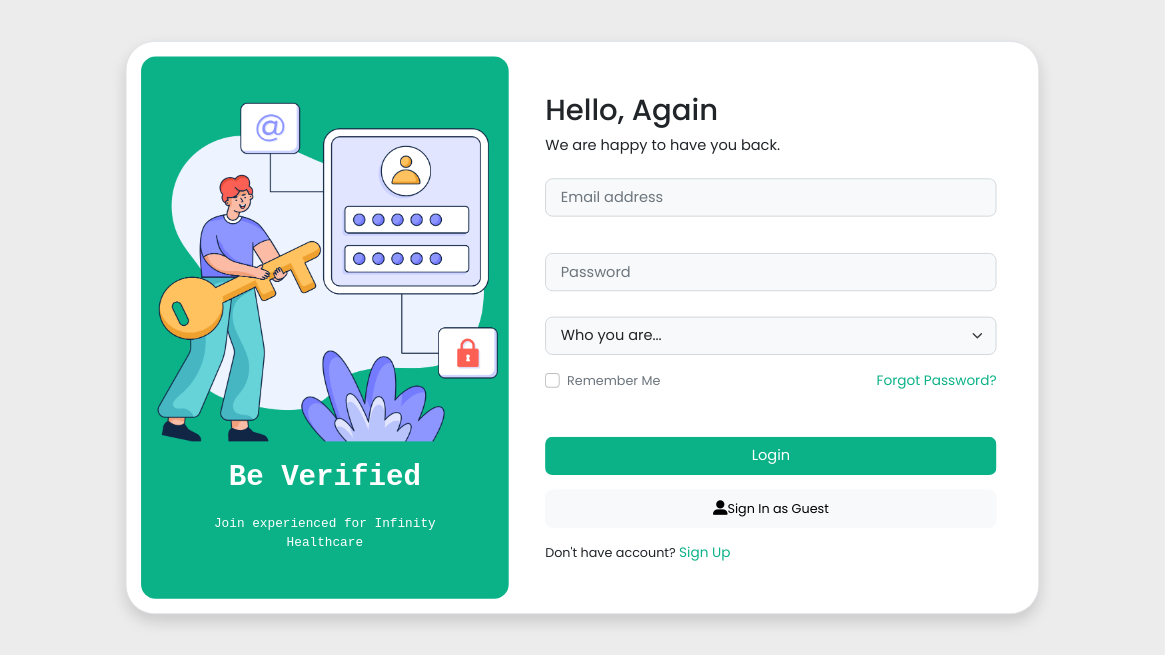
Repository: theonlymono/FitfinityHealthcareWebsiteJ2EE
Page: http://localhost/Fitfinity/LogInPage.jsp
These files come from the project's save history. The page is drawn as it stood at one moment and after the next save; the edit follows.
The browser window is 1280 px wide. The pictures show the whole page, at 91% of full size.
The page is served by Tomcat 9. Other server files are loaded and not shown.

Above is the page before, as saved 2024-02-25 14:37:46.

### fitfinity/Fitfinity/WebContent/LogInPage.jsp
<!DOCTYPE html>
<html lang="en">
<head>
    <meta charset="UTF-8">
    <meta http-equiv="X-UA-Compatible" content="IE=edge">
    <meta name="viewport" content="width=device-width, initial-scale=1.0">
    <link rel="icon" href="./assets/image/logo/logo.svg" />
    <link rel="stylesheet" href="https://cdn.jsdelivr.net/npm/bootstrap@5.2.3/dist/css/bootstrap.min.css" integrity="sha384-rbsA2VBKQhggwzxH7pPCaAqO46MgnOM80zW1RWuH61DGLwZJEdK2Kadq2F9CUG65" crossorigin="anonymous">
    <link rel="stylesheet" href="https://cdnjs.cloudflare.com/ajax/libs/font-awesome/6.5.1/css/all.min.css" integrity="sha512-DTOQO9RWCH3ppGqcWaEA1BIZOC6xxalwEsw9c2QQeAIftl+Vegovlnee1c9QX4TctnWMn13TZye+giMm8e2LwA==" crossorigin="anonymous" referrerpolicy="no-referrer" />
    <link rel="stylesheet" href="./assets/css/signInCSS.css">
    <title> Fitfinity | Log In </title>
</head>
<body>

    <!----------------------- Main Container -------------------------->

     <div class="container d-flex justify-content-center align-items-center min-vh-100">

    <!----------------------- Login Container -------------------------->

       <div class="row border rounded-5 p-3 bg-white shadow box-area">

    <!--------------------------- Left Box ----------------------------->

       <div class="col-md-5 rounded-4 d-flex justify-content-center align-items-center flex-column left-box" style="background: #0bb288;">
           <div class="featured-image mb-3">
            <img src="./assets/image/LoginPage/loginLogo.png" class="img-fluid" style="width: 500px; background-color: #0bb288;">
           </div>
           <p class="text-white fs-2" style="font-family: 'Courier New', Courier, monospace; font-weight: 600;">Be Verified</p>
           <small class="text-white text-wrap text-center" style="width: 17rem;font-family: 'Courier New', Courier, monospace;">Join experienced for Infinity Healthcare</small>
       </div>

    <!-------------------- ------ Right Box ---------------------------->

       <div class="col-md-7 right-box">
          <div class="row align-items-center">
          <form action="${pageContext.request.contextPath}/SignINServlet" method="post">
                <div class="header-text mb-4">
                     <h2>Hello, Again</h2>
                     <p>We are happy to have you back.</p>
                </div>

                <div class="input-group mb-3">
                    <input type="text" name="loginEmail" class="form-control form-control-lg bg-light fs-6" value="${param.loginEmail}" placeholder="Email address">

                    <% String message = (String) request.getAttribute("message3");
        		   	   if (message!= null)
        		   	   {
        		   %>

        		   <div class="error-message"> <%= message %> </div>
        		   <% } %>

                </div>

                <br>

                <div class="input-group mb-1">
                    <input type="password" name="loginPwd" class="form-control form-control-lg bg-light fs-6" value="${param.loginPwd}" placeholder="Password">

                    <% String message2 = (String) request.getAttribute("message2");
        		   	   if (message2!= null)
        		   	   {
        		   %>

        		   <div class="error-message"> <%= message2 %> </div>
        		   <% } %>
                </div>
                <br>

                <div class="input-group mb-3">
				    <select name="userRole" class="form-select form-select-lg bg-light fs-6">
				    	<option value="" disabled selected="hidden"> Who you are... </option>
				        <option value="Patient">Patient</option>
				        <option value="Doctor">Doctor</option>
				        <option value="Admin">Admin</option>
				    </select>
				</div>

                <div class="input-group mb-5 d-flex justify-content-between">
                    <div class="form-check">
                        <input type="checkbox" class="form-check-input" id="formCheck">
                        <label for="formCheck" class="form-check-label text-secondary"><small>Remember Me</small></label>
                    </div>
                    <div class="forgot">
                        <small><a href="./main.jsp">Forgot Password?</a></small>
                    </div>
                </div>
                <div  class="input-group mb-3">
                    <button style=" background-color: #0bb288; color: white;" class="btn btn-lg w-100 fs-6">Login</button>
                </div>
                <div class="input-group mb-3">
                    <a class=" w-100" href="./main.jsp">
                        <button class="btn btn-lg btn-light w-100 fs-6"><i class="fa-solid fa-user-large"></i><small>Sign In as Guest</small></button>
                    </a>
                </div>
                <div class="row">
                    <small>Don't have account? <a href="./register.jsp">Sign Up</a></small>
                </div>
                </form>
          </div>
       </div>

      </div>
    </div>

</body>
</html>

### fitfinity/Fitfinity/WebContent/assets/css/signInCSS.css
@import url('https://fonts.googleapis.com/css2?family=Poppins:wght@400;500&display=swap');

body{
    font-family: 'Poppins', sans-serif;
    background: #ececec;
}

/*------------ Login container ------------*/

.box-area{
    width: 90%;
}

a{
	color: #0bb288;
	text-decoration: none;
	font-size: 15px;
}


/*------------ Right box ------------*/

.right-box{
    padding: 40px 30px 40px 40px;
}

/*------------ Custom Placeholder ------------*/

::placeholder{
    font-size: 16px;
}

.rounded-4{
    border-radius: 20px;
}
.rounded-5{
    border-radius: 30px;
}


/*------------ For small screens------------*/

@media only screen and (max-width: 768px){

     .box-area{
        margin: 0 10px;

     }
     .left-box{
        height: 100px;
        overflow: hidden;
     }
     .right-box{
        padding: 20px;
     }

}

.error-message {
            position: absolute;
            bottom: -20px;
            color: red;
            font-size: 12px;
        }

        .input-group {
            position: relative;
        }

After the next save:
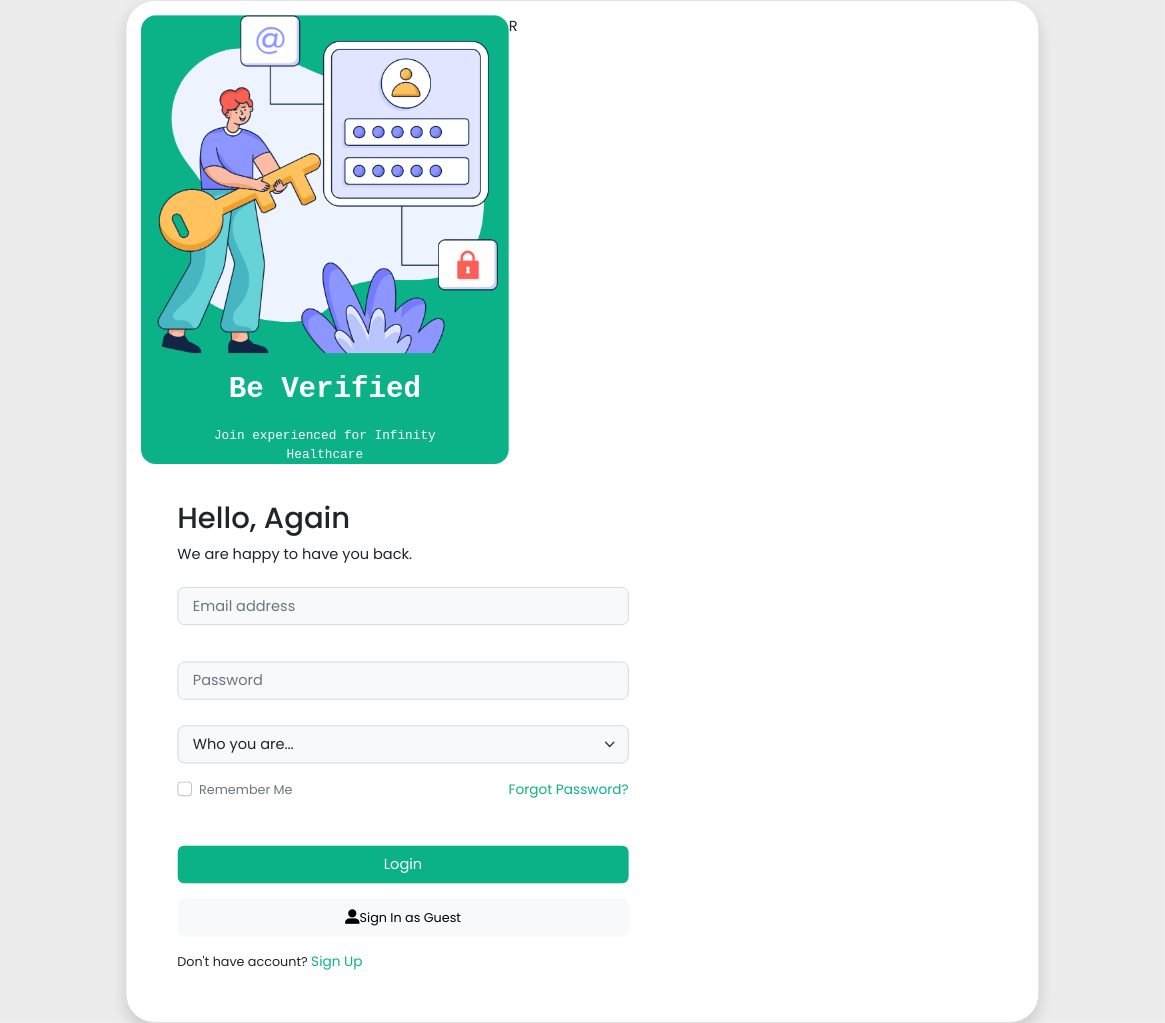
Saved 12 h 30 min later.
--- a/fitfinity/Fitfinity/WebContent/LogInPage.jsp
+++ b/fitfinity/Fitfinity/WebContent/LogInPage.jsp
@@ -29,7 +29,7 @@
            <p class="text-white fs-2" style="font-family: 'Courier New', Courier, monospace; font-weight: 600;">Be Verified</p>
            <small class="text-white text-wrap text-center" style="width: 17rem;font-family: 'Courier New', Courier, monospace;">Join experienced for Infinity Healthcare</small>
        </div>
-
+R
     <!-------------------- ------ Right Box ---------------------------->
 
        <div class="col-md-7 right-box">

After the save that followed:
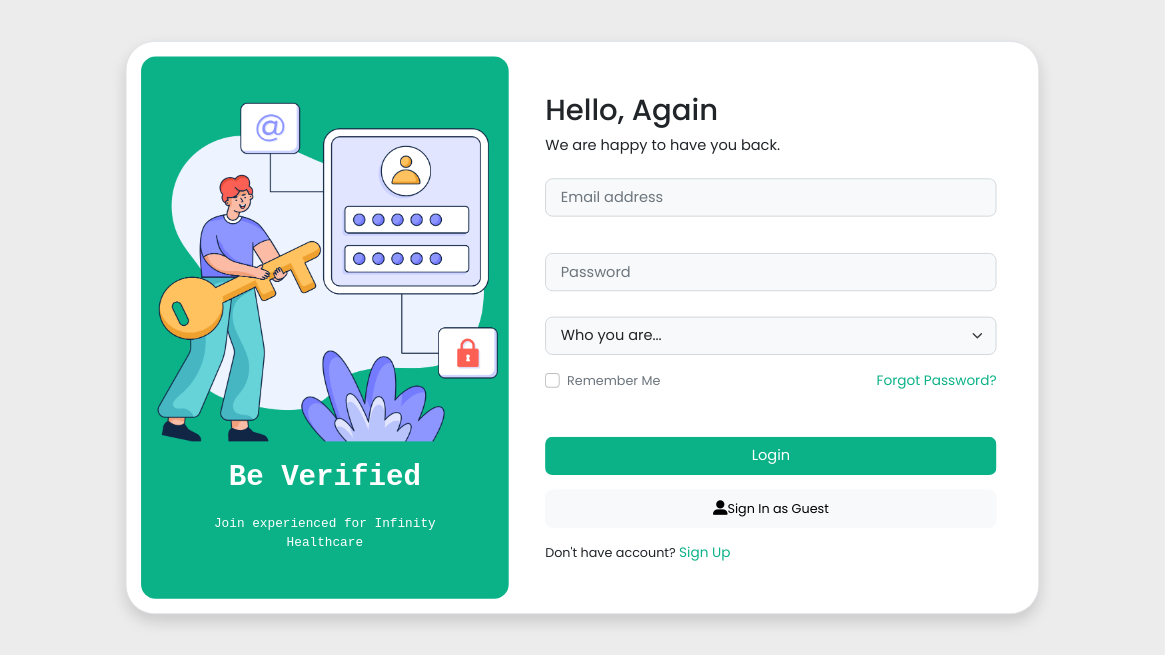
Saved 31 s later.
--- a/fitfinity/Fitfinity/WebContent/LogInPage.jsp
+++ b/fitfinity/Fitfinity/WebContent/LogInPage.jsp
@@ -29,7 +29,7 @@
            <p class="text-white fs-2" style="font-family: 'Courier New', Courier, monospace; font-weight: 600;">Be Verified</p>
            <small class="text-white text-wrap text-center" style="width: 17rem;font-family: 'Courier New', Courier, monospace;">Join experienced for Infinity Healthcare</small>
        </div>
-R
+
     <!-------------------- ------ Right Box ---------------------------->
 
        <div class="col-md-7 right-box">
